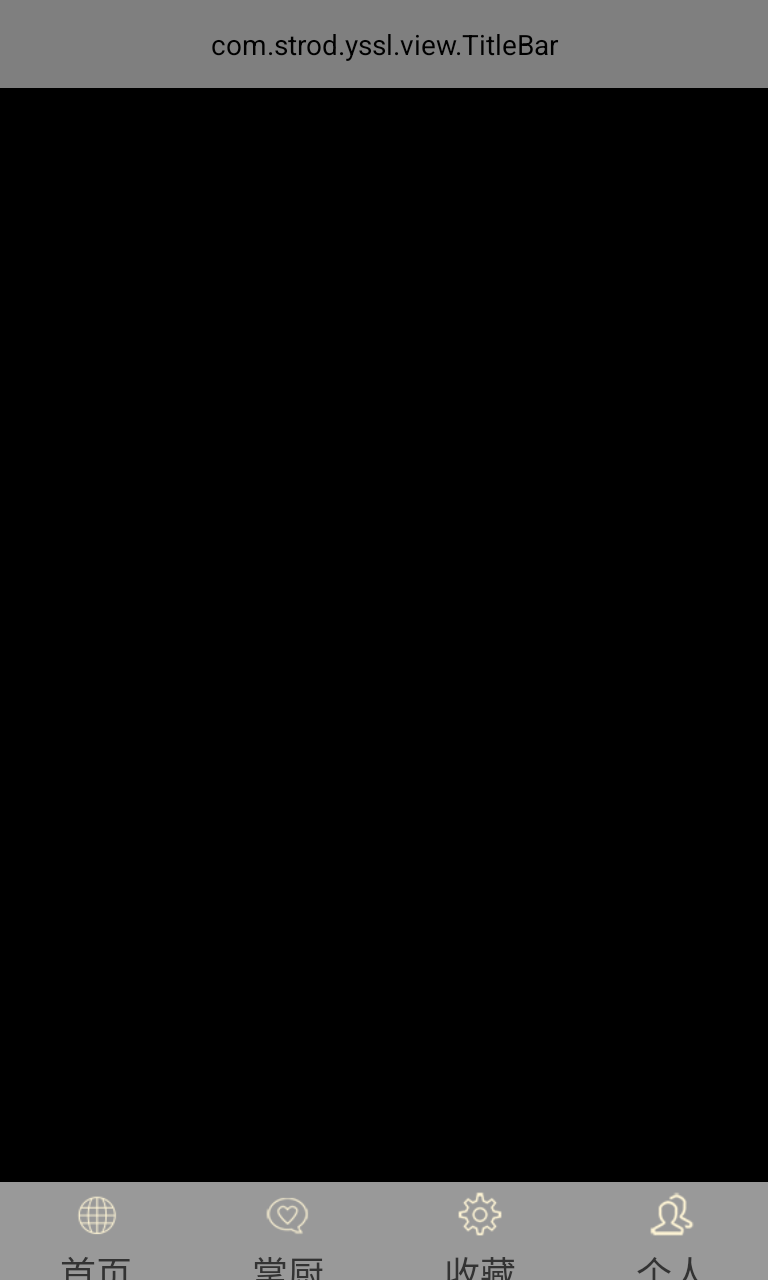
Repository: duyuan199010/atangge
Layout: yssl/res/layout/activity_main.xml
An editor plug-in stored every save of this project. The layout is shown before and after the next save, followed by the edit.
Pictures or frames that could not be fetched are drawn as grey boxes. It is drawn on a 768 x 1280 px phone screen (xhdpi) without system bars, with theme Theme.PageIndicatorDefaults; the app's code is not run.

Above is the layout before, as saved 2015-08-11 12:15:43.

### yssl/res/layout/activity_main.xml
<RelativeLayout xmlns:android="http://schemas.android.com/apk/res/android"
    xmlns:tools="http://schemas.android.com/tools"
    android:layout_width="match_parent"
    android:layout_height="match_parent"
    android:gravity="center"
    android:orientation="vertical" >

    <com.strod.yssl.view.TitleBar
        android:id="@+id/title_bar"
        android:layout_width="match_parent"
        android:layout_height="@dimen/title_height"
        android:background="@color/title_bg_color"
        />

    <FrameLayout
        android:id="@+id/main_center_fragment"
        android:layout_width="match_parent"
        android:layout_height="match_parent"
        android:layout_below="@+id/title_bar"
        android:layout_above="@+id/radio_group" />

    <RadioGroup
        android:id="@+id/radio_group"
        android:layout_width="match_parent"
        android:layout_height="@dimen/tab_height"
        android:layout_alignParentBottom="true"
        android:background="@color/gray"
        android:gravity="center"
        android:orientation="horizontal" >

        <RadioButton
            android:id="@+id/radio_index"
            style="@style/ContentFont"
            android:layout_width="wrap_content"
            android:layout_height="match_parent"
            android:layout_weight="1"
            android:button="@null"
            android:drawableTop="@drawable/all_news"
            android:gravity="center"
            android:text="@string/main_index" />

        <RadioButton
            android:id="@+id/radio_publish"
            style="@style/ContentFont"
            android:layout_width="wrap_content"
            android:layout_height="match_parent"
            android:layout_weight="1"
            android:button="@null"
            android:drawableTop="@drawable/message_icon"
            android:gravity="center"
            android:text="@string/main_publish" />

        <RadioButton
            android:id="@+id/radio_collect"
            style="@style/ContentFont"
            android:layout_width="wrap_content"
            android:layout_height="match_parent"
            android:layout_weight="1"
            android:button="@null"
            android:drawableTop="@drawable/set_icon"
            android:gravity="center"
            android:text="@string/main_collect" />

        <RadioButton
            android:id="@+id/radio_personal"
            style="@style/ContentFont"
            android:layout_width="wrap_content"
            android:layout_height="match_parent"
            android:layout_weight="1"
            android:button="@null"
            android:drawableTop="@drawable/account_icon"
            android:gravity="center"
            android:text="@string/main_personal" />
    </RadioGroup>

</RelativeLayout>

### yssl/res/values/dimens.xml
<resources>

    <!-- Default screen margins, per the Android Design guidelines. -->
    <dimen name="activity_horizontal_margin">16dp</dimen>
    <dimen name="activity_vertical_margin">16dp</dimen>
    <dimen name="title_height">44dp</dimen>
    <dimen name="tab_height">49dp</dimen>
    <dimen name="margin_ordinary">16dp</dimen>
    <dimen name="margin_little">8dp</dimen>
    <dimen name="font_size_eighteen">18sp</dimen>
    <dimen name="font_size_twenty">20sp</dimen>
    <dimen name="font_size_sixteen">16sp</dimen>
    <dimen name="font_size_fourteen">14sp</dimen>
    <dimen name="font_size_twelve">12sp</dimen>
    <dimen name="font_size_ten">10sp</dimen>
    <dimen name="item_size_left">18sp</dimen>
    <dimen name="item_size_time">14sp</dimen>
    <dimen name="detail_size_type">18dp</dimen>
    <dimen name="edittext_width_120">120dp</dimen>
    <dimen name="edittext_width_150">150dp</dimen>
    <dimen name="edittext_width_200">200dp</dimen>
    <dimen name="edittext_height_35">35dp</dimen>

    <dimen name="indicator_right_padding">10dp</dimen>
    <dimen name="indicator_corner_radius">12dp</dimen>
    <dimen name="indicator_internal_padding">4dp</dimen>
    <dimen name="header_footer_left_right_padding">24dp</dimen>
    <dimen name="header_footer_top_bottom_padding">12dp</dimen>

    <dimen name="dgv_overlap_if_switch_straight_line">16dp</dimen>

    <dimen name="delete_action_len">140dip</dimen>

    <dimen name="switch_button_width">50dp</dimen>
    <dimen name="switch_button_height">30dp</dimen>
</resources>

### yssl/res/values/colors.xml
<?xml version="1.0" encoding="UTF-8"?>
<resources>

    <color name="title">#ffffff</color>
    <color name="night_title">#000000</color>

    <color name="title_bg_color">#36A803</color>
    <color name="title_font_color">#f8f8f8f8</color>
    <color name="bg_color">#ffffff</color>
    <color name="black_font">#333333</color>

    <drawable name="title_bg_color">#00b3e3</drawable>
    <drawable name="title_font_color">#ffffff</drawable>

    <color name="menu_pressed">#e5e5e5</color>

    <color name="content_font_color">#333333</color>
    <color name="content_font_color_deep">#ff5a3f01</color>
    <color name="content_font_color_deeper">#423413</color>
    <color name="setting_bg_color">#b08b18</color>

    <!-- 弹出框 -->
    <color name="dialog_bg_color">#ffeeb9</color>
    <color name="dialog_font_color">#3d2e00</color>
    <color name="list_item_color">#ffeeb9</color>
    <color name="list_item_pressed_color">#fdd559</color>
    <color name="list_item_font_color">#3d2e00</color>

    <color name="pager_tab_strip_color">#a77809</color>
    <color name="item_select_color">#b08b19</color>

    <color name="gray">#999999</color>
    <color name="grayer">#888888</color>


    <color name="setting_view_item_bg_pressed">#FFF0F0F0</color>
    <color name="setting_view_item_bg_normal">#FFFFFFFF</color>

    <color name="setting_view_item_title_text">#FF000000</color>
    <color name="setting_view_item_subtitle_text">#FFCCCCCC</color>

    <color name="tempature_red">#f82d2d</color>
    <color name="gray_line">#e5e5e5</color>

    <color name="yellow_orange_circle">#f2b32c</color>
    <color name="yellow_orange_light">#f6be22</color>
    <color name="yellow_orange_deep">#f29810</color>
    <color name="yellow_orange_text">#f68b22</color>

    <color name="blue_light">#3db5e6</color>
    <color name="blue_deep">#5e60e5</color>

    <drawable name="gray">#FF808080</drawable>
	<drawable name="white">#FFFFFFFF</drawable>
	<drawable name="blue">#FF0000FF</drawable>
	<drawable name="black">#FF000000</drawable>
	<drawable name="pink">#FFFFC0Cb</drawable>
	<drawable name="red">#FFFF0000</drawable>
	<drawable name="orange">#FFFF8D00</drawable>
	<drawable name="yellow">#FFFFFF00</drawable>
	<drawable name="green">#FF00FF00</drawable>
	<drawable name="lightyellow">#FFFFFFE0</drawable>
	<drawable name="lightblue">#FFE3EEFB</drawable>
	<drawable name="oceanblue">#FF5271A5</drawable>
	<drawable name="lightgreen">#FF96FF00</drawable>
	<drawable name="grassgreen">#FF009600</drawable>
	<drawable name="lightgray">#FFD3D3D3</drawable>
	<drawable name="darkgray">#00535252</drawable>
</resources>

### yssl/res/values/styles.xml
<resources>

    <!--
        Base application theme, dependent on API level. This theme is replaced
        by AppBaseTheme from res/values-vXX/styles.xml on newer devices.

    -->
    <style name="AppBaseTheme" parent="@android:style/Theme.Light">
        <!--
            Theme customizations available in newer API levels can go in
            res/values-vXX/styles.xml, while customizations related to
            backward-compatibility can go here.

        -->
    </style>

    <!-- Application theme. -->
    <style name="AppTheme" parent="AppBaseTheme">
        <!-- All customizations that are NOT specific to a particular API-level can go here. -->
    </style>

    <style name="DayTheme" parent="AppTheme">
        <item name="colorValue">@color/title</item>
        <item name="floatValue">0.35</item>
        <item name="integerValue">33</item>
        <item name="booleanValue">true</item>
        <item name="dimensionValue">16dp</item>
        <!-- 如果string类型不是填的引用而是直接放一个字符串,在布局文件中使用正常,但代码里获取的就有问题 -->
        <item name="stringValue">@string/action_settings</item>
        <item name="referenceValue">@drawable/ic_launcher</item>
        <item name="imageValue">@drawable/ic_launcher</item>
    </style>

    <style name="NightTheme" parent="AppBaseTheme">
        <item name="colorValue">@color/night_title</item>
        <item name="floatValue">1.44</item>
        <item name="integerValue">55</item>
        <item name="booleanValue">false</item>
        <item name="dimensionValue">18sp</item>
        <item name="stringValue">@string/action_settings</item>
        <item name="referenceValue">@drawable/ic_launcher</item>
        <item name="imageValue">@drawable/ic_launcher</item>
    </style>

    <style name="MyDialog" parent="@android:Theme.Dialog">
        <item name="android:windowFrame">@null</item>
        <item name="android:windowNoTitle">true</item>
        <item name="android:windowIsFloating">true</item>
        <item name="android:windowContentOverlay">@null</item>
    </style>

    <style name="TitleFont">
        <item name="android:textSize">@dimen/font_size_twenty</item>
        <item name="android:textColor">@color/title_font_color</item>
        <item name="android:textStyle">bold</item>
    </style>

    <style name="TitleFontRight">
        <item name="android:textSize">@dimen/font_size_eighteen</item>
        <item name="android:textColor">@color/title_font_color</item>
        <item name="android:textStyle">bold</item>
    </style>

    <style name="ContentFont">
        <item name="android:textSize">@dimen/font_size_eighteen</item>
        <item name="android:textColor">@color/content_font_color</item>
    </style>

    <style name="ContentFontBold">
        <item name="android:textSize">@dimen/font_size_eighteen</item>
        <item name="android:textColor">@color/content_font_color</item>
        <item name="android:textStyle">bold</item>
    </style>

    <style name="ContentFontLittle">
        <item name="android:textSize">@dimen/font_size_sixteen</item>
        <item name="android:textColor">@color/content_font_color</item>
    </style>

    <style name="ContentFontSmall">
        <item name="android:textSize">@dimen/font_size_fourteen</item>
        <item name="android:textColor">@color/content_font_color</item>
    </style>

    <style name="ContentFontDeep">
        <item name="android:textSize">@dimen/font_size_sixteen</item>
        <item name="android:textColor">@color/content_font_color_deep</item>
    </style>

    <style name="ContentFontDeepEighteen">
        <item name="android:textSize">@dimen/font_size_eighteen</item>
        <item name="android:textColor">@color/content_font_color_deep</item>
    </style>

    <style name="ContentFontDeepBold">
        <item name="android:textSize">@dimen/font_size_twenty</item>
        <item name="android:textColor">@color/content_font_color_deep</item>
        <item name="android:textStyle">bold</item>
    </style>

    <style name="ContentFontDeeperSmall">
        <item name="android:textSize">@dimen/font_size_fourteen</item>
        <item name="android:textColor">@color/content_font_color_deeper</item>
    </style>

    <style name="ContentFontBlue">
        <item name="android:textSize">@dimen/font_size_fourteen</item>
        <item name="android:textColor">@color/title_bg_color</item>
    </style>

    <style name="ContentFontBlueEighteen">
        <item name="android:textSize">@dimen/font_size_eighteen</item>
        <item name="android:textColor">@color/title_bg_color</item>
    </style>

    <style name="ContentFontWhite">
        <item name="android:textSize">@dimen/font_size_fourteen</item>
        <item name="android:textColor">@color/title_font_color</item>
    </style>

    <style name="ContentFontGray">
        <item name="android:textSize">@dimen/font_size_eighteen</item>
        <item name="android:textColor">@color/gray</item>
    </style>

    <style name="ContentFontGrayer">
        <item name="android:textSize">@dimen/font_size_eighteen</item>
        <item name="android:textColor">@color/grayer</item>
    </style>

    <style name="DialogFont">
        <item name="android:textSize">@dimen/font_size_eighteen</item>
        <item name="android:textColor">@color/dialog_font_color</item>
    </style>

    <style name="LogoutDialog" parent="@android:style/Theme.Dialog">
        <item name="android:windowFrame">@android:color/transparent</item>
        <item name="android:windowIsFloating">true</item>
        <item name="android:windowIsTranslucent">true</item>
        <item name="android:windowNoTitle">true</item>
        <item name="android:windowBackground">@android:color/transparent</item>
        <item name="android:backgroundDimAmount">0.3</item>
        <item name="android:windowAnimationStyle">@null</item>
    </style>

    <style name="HorizScrollViewItem">
        <item name="android:paddingRight">50dp</item>
        <item name="android:paddingLeft">50dp</item>
        <item name="android:gravity">center</item>
        <item name="android:textAppearance">?android:attr/textAppearanceMedium</item>
        <item name="android:text">Sample Item</item>
    </style>

    <!-- viewpagerindicator -->

    <style name="StyledIndicators" parent="@android:style/Theme.Light">
        <item name="vpiCirclePageIndicatorStyle">@style/CustomCirclePageIndicator</item>
        <item name="vpiLinePageIndicatorStyle">@style/CustomLinePageIndicator</item>
        <item name="vpiTitlePageIndicatorStyle">@style/CustomTitlePageIndicator</item>
        <item name="vpiTabPageIndicatorStyle">@style/CustomTabPageIndicator</item>
        <item name="vpiUnderlinePageIndicatorStyle">@style/CustomUnderlinePageIndicator</item>
    </style>

    <style name="CustomTitlePageIndicator">
        <item name="android:background">#18FF0000</item>
        <item name="footerColor">#FFAA2222</item>
        <item name="footerLineHeight">1dp</item>
        <item name="footerIndicatorHeight">3dp</item>
        <item name="footerIndicatorStyle">underline</item>
        <item name="android:textColor">#AA000000</item>
        <item name="selectedColor">#FF000000</item>
        <item name="selectedBold">true</item>
    </style>

    <style name="CustomLinePageIndicator">
        <item name="strokeWidth">4dp</item>
        <item name="lineWidth">30dp</item>
        <item name="unselectedColor">#FF888888</item>
        <item name="selectedColor">#FF880000</item>
    </style>

    <style name="CustomCirclePageIndicator">
        <item name="fillColor">#FF999999</item>
        <item name="strokeColor">#00000000</item>
        <item name="strokeWidth">0dp</item>
        <item name="radius">10dp</item>
        <item name="centered">true</item>
    </style>

    <style name="CustomTabPageIndicator" parent="Widget.TabPageIndicator">
        <item name="android:background">@drawable/custom_tab_indicator</item>
        <item name="android:textAppearance">@style/CustomTabPageIndicator.Text</item>
        <item name="android:textColor">@color/content_font_color</item>
        <item name="android:textSize">18sp</item>
        <item name="android:divider">@drawable/custom_tab_indicator_divider</item>
        <item name="android:dividerPadding">10dp</item>
        <item name="android:showDividers">middle</item>
        <item name="android:paddingLeft">8dp</item>
        <item name="android:paddingRight">8dp</item>
        <item name="android:fadingEdge">horizontal</item>
        <item name="android:fadingEdgeLength">8dp</item>
    </style>

    <style name="CustomTabPageIndicator.Text" parent="android:TextAppearance.Medium">
        <item name="android:typeface">monospace</item>
    </style>

    <style name="CustomUnderlinePageIndicator">
        <item name="selectedColor">#FFCC0000</item>
        <item name="android:background">#FFCCCCCC</item>
        <item name="fadeLength">1000</item>
        <item name="fadeDelay">1000</item>
    </style>

</resources>

### yssl/res/values/strings.xml
<resources>

    <string name="app_name">阿汤哥</string>

    <string name="click_again">再按一次退出程序...</string>

    <!-- guide -->
    <string name="start">立即进入</string>

    <!-- main -->
    <string name="main_index">首页</string>
    <string name="main_publish">掌厨</string>
    <string name="main_collect">收藏</string>
    <string name="main_personal">个人</string>
</resources>

Loaded but not shown: yssl/res/values/vpi__styles.xml (common file); yssl/res/drawable/vpi__tab_indicator.xml (common file); yssl/res/color/vpi__light_theme.xml (common file); yssl/res/values/vpi__colors.xml (common file)

After the next save:
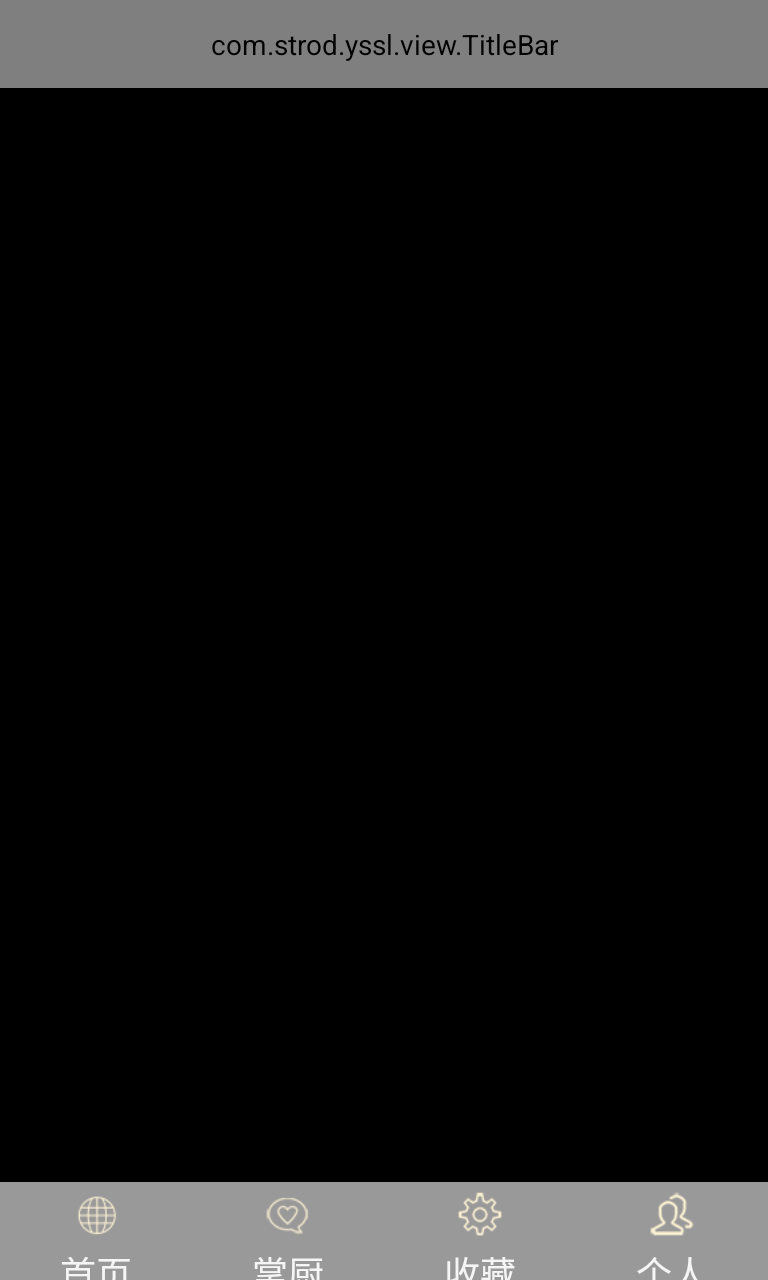
Saved 30 s later.
--- a/yssl/res/values/colors.xml
+++ b/yssl/res/values/colors.xml
@@ -14,7 +14,7 @@
 
     <color name="menu_pressed">#e5e5e5</color>
 
-    <color name="content_font_color">#333333</color>
+    <color name="content_font_color">#f8f8f8f8</color>
     <color name="content_font_color_deep">#ff5a3f01</color>
     <color name="content_font_color_deeper">#423413</color>
     <color name="setting_bg_color">#b08b18</color>
